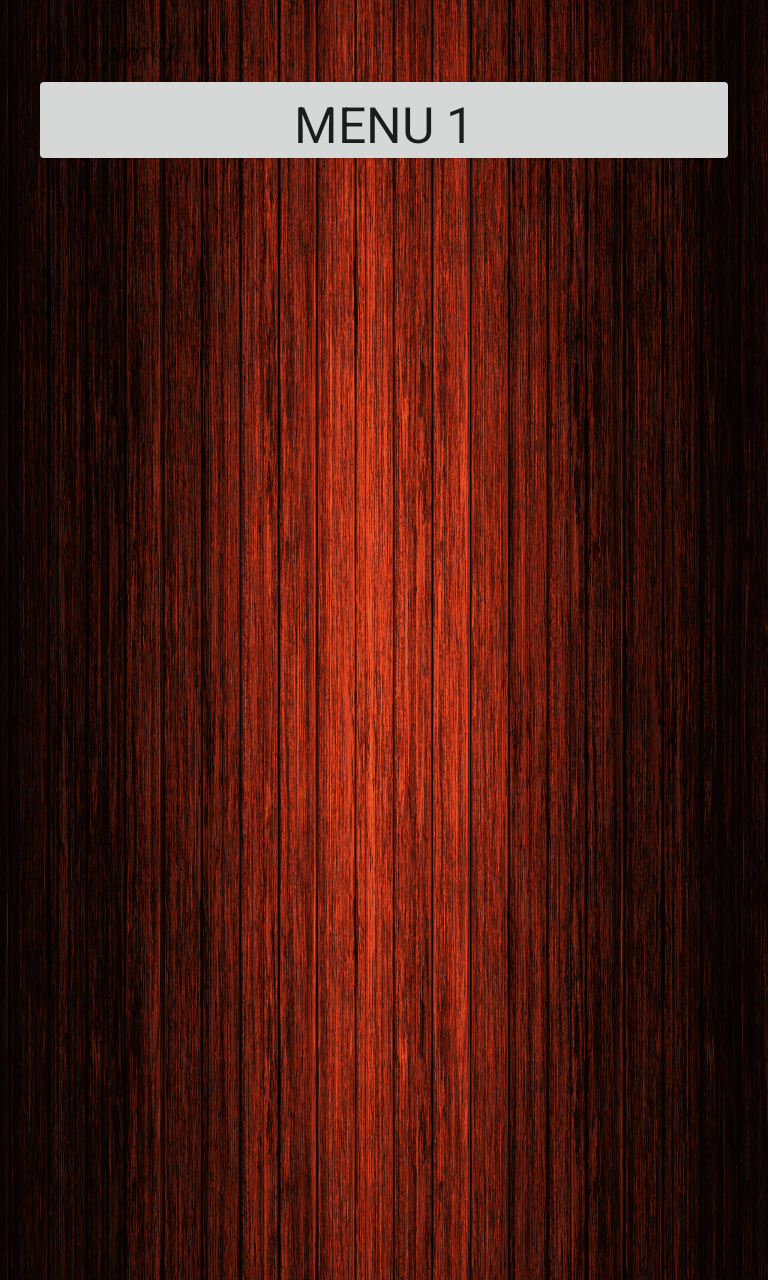
Repository: Hedlundaren/androidmenu
Layout: startmenu/res/layout/activity_main.xml
The author's editor kept a copy of each file at every save. The layout is drawn from the files as they stood at one save, then again after the next save.
It is drawn on a 768 x 1280 px phone screen (xhdpi) without system bars, with theme AppTheme; the app's code is not run.

Above is the layout before, as saved 2014-11-05 17:19:56.

### startmenu/res/layout/activity_main.xml
<RelativeLayout xmlns:android="http://schemas.android.com/apk/res/android"
    xmlns:tools="http://schemas.android.com/tools"
    android:layout_width="match_parent"
    android:layout_height="match_parent"
    android:background="@drawable/redwall"
    android:paddingBottom="@dimen/activity_vertical_margin"
    android:paddingLeft="@dimen/activity_horizontal_margin"
    android:paddingRight="@dimen/activity_horizontal_margin"
    android:paddingTop="@dimen/activity_vertical_margin"
    tools:context="com.example.startmenu.MainActivity" >

    <TextView
        android:id="@+id/textView1"
        android:layout_width="wrap_content"
        android:layout_height="wrap_content"
        android:text="@string/hello_world" />

    <Button
        android:id="@+id/button1"
        android:layout_width="wrap_content"
        android:layout_height="50dp"
        android:layout_alignLeft="@+id/textView1"
        android:layout_alignParentRight="true"
        android:layout_below="@+id/textView1"
        android:text="MENU 1"
        android:textSize="25dp"
        android:typeface="sans" />

</RelativeLayout>

### startmenu/res/values/strings.xml
<?xml version="1.0" encoding="utf-8"?>
<resources>

    <string name="app_name">startmenu</string>
    <string name="hello_world">Hello world!</string>
    <string name="action_settings">Settings</string>

</resources>

Loaded but not shown: startmenu/res/values/styles.xml (common file); startmenu/res/values-v11/styles.xml (common file); startmenu/res/values-v14/styles.xml (common file); startmenu/res/values/dimens.xml (common file); startmenu/res/values-w820dp/dimens.xml (common file)

After the next save:
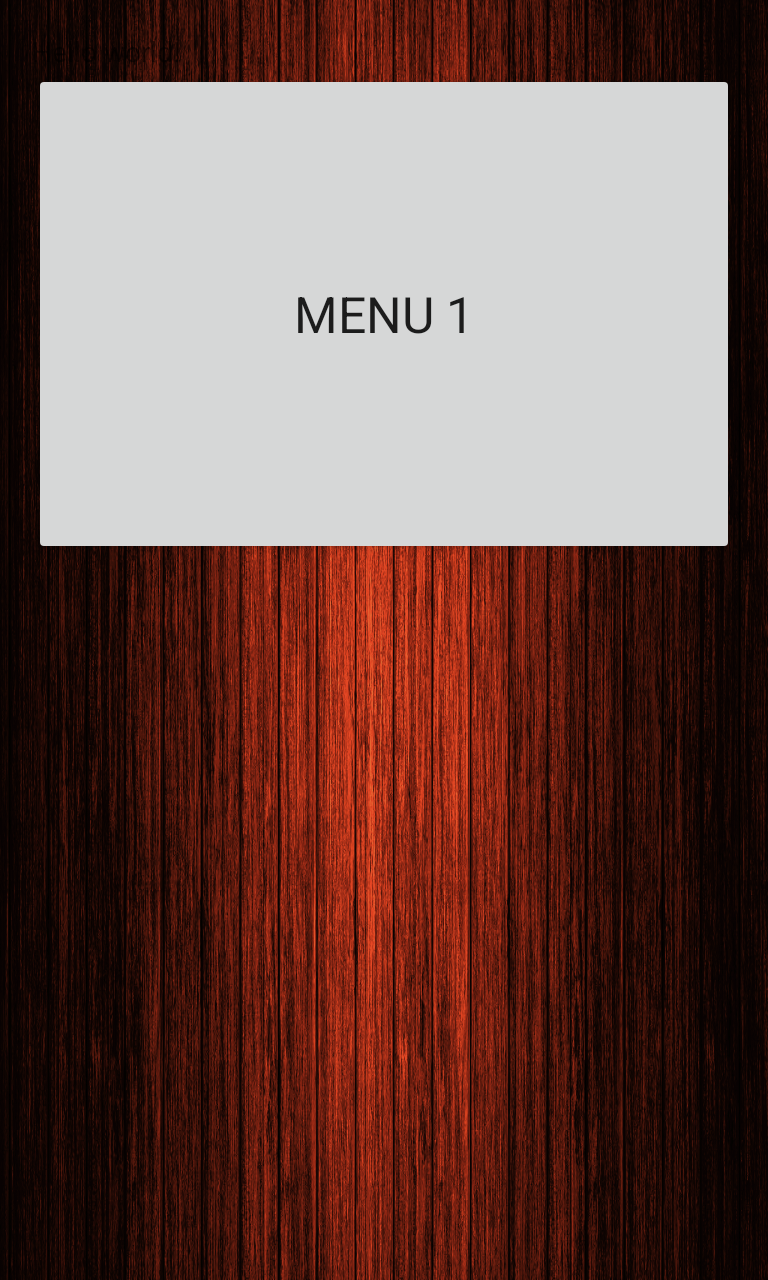
Saved 9 s later.
--- a/startmenu/res/layout/activity_main.xml
+++ b/startmenu/res/layout/activity_main.xml
@@ -18,7 +18,7 @@
     <Button
         android:id="@+id/button1"
         android:layout_width="wrap_content"
-        android:layout_height="50dp"
+        android:layout_height="244dp"
         android:layout_alignLeft="@+id/textView1"
         android:layout_alignParentRight="true"
         android:layout_below="@+id/textView1"
